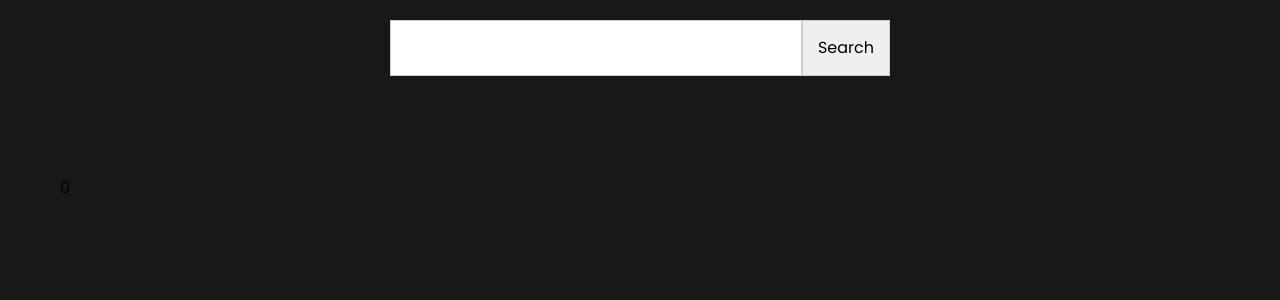
Repository: hoang0508/ReactJsDevWork
Page: /
An editor plug-in stored every save of this project. The page is shown before and after the next save, followed by the edit.
The browser window is 1280 px wide. The pictures show the whole page.
The project was rebuilt for these pictures with package versions that can differ from the ones it lists, and the page was loaded fresh each time.

Above is the page before, as saved 2022-02-13 14:49:18.

### src/index.scss
body {
  margin: 0;
  font-family: "Poppins", sans-serif;
  font-size: 16px;
  -webkit-font-smoothing: antialiased;
  -moz-osx-font-smoothing: grayscale;
}

code {
  font-family: source-code-pro, Menlo, Monaco, Consolas, "Courier New",
    monospace;
}

### src/App.js
import "./App.scss";
import YoutubeSearch from "./components/YTBSearch/YoutubeSearch";
// import Product from "./components/Product/Product";
// import Button from "./components/Button/Button";
// import Food from "./components/FoodApi/Food";

function App() {
  return (
    <>
      {/* <div>Hello</div> */}
      {/* <Food /> */}
      {/* <Button /> */}
      {/* <Product /> */}
      <YoutubeSearch />
    </>
  );
}

export default App;

### src/App.scss
@import url("https://fonts.googleapis.com/css2?family=Poppins:ital,wght@0,300;0,400;0,500;0,600;0,700;1,600&family=Red+Hat+Display:wght@300;400;500;600;700&display=swap");
*,
*::before,
*::after {
  box-sizing: border-box;
}
body,
h1,
h2,
h3,
h4,
h5,
h6,
p,
figure,
picture {
  margin: 0;
}
body {
  min-height: 100vh;
  line-height: 1.5;
}
input,
button,
select,
textarea {
  font: inherit;
}
img,
picture {
  display: block;
  max-width: 100%;
}
/* remove animation for people who've turned them off */
@media (prefers-reduced-motion: reduce) {
  *,
  *::before,
  *::after {
    animation-duration: 0.01ms !important;
    animation-iteration-count: 1 !important;
    transition-duration: 0.01ms !important;
    scroll-behavior: auto !important;
  }
}

// body {
//   background: #eb3349; /* fallback for old browsers */
//   background: -webkit-linear-gradient(
//     to right,
//     #f45c43,
//     #eb3349
//   ); /* Chrome 10-25, Safari 5.1-6 */
//   background: linear-gradient(
//     to right,
//     #f45c43,
//     #eb3349
//   ); /* W3C, IE 10+/ Edge, Firefox 16+, Chrome 26+, Opera 12+, Safari 7+ */
// }

body {
  background-color: #181818;
}

### src/components/YTBSearch/YoutubeSearch.js
import React, { useState } from "react";
import axios from "axios";
import "./YoutubeSearch.scss";
import moment from "moment";

const YoutubeSearch = () => {
  const [videos, setVideos] = useState([]);
  const [query, setQuery] = useState("");

  const handleChangeVideo = (e) => {
    setQuery(e.target.value);
  };

  const handleClickSearch = async (e) => {
    e.preventDefault();
    const res = await axios({
      method: "GET",
      url: "https://www.googleapis.com/youtube/v3/search",
      params: {
        part: "snippet",
        maxResults: "20",
        key: "AIzaSyCLeO_jhqC_ezvqrVxVFPFEEZ6fqrFP9Qw",
        type: "video",
        q: query,
      },
    });
    setVideos(res.data?.items);
    // console.log(res.data?.items);
  };
  return (
    <div className="youtube">
      <form action="#" className="youtube-form">
        <input
          type="text"
          value={query}
          onChange={(e) => handleChangeVideo(e)}
          className="youtube-search"
        />
        <button onClick={(e) => handleClickSearch(e)} className="youtube-btn">
          Search
        </button>
      </form>
      <div className="youtube-list">
        {videos &&
          videos.length &&
          videos.map((item, index) => (
            <div className="youtube-item" key={item.id.videoId}>
              <div className="youtube-video">
                <iframe
                  className="youtube-ifr"
                  src={`https://www.youtube.com/embed/${item.id.videoId}`}
                  title="YouTube video player"
                  frameBorder="0"
                  allow="accelerometer; autoplay; clipboard-write; encrypted-media; gyroscope; picture-in-picture"
                  allowFullScreen
                ></iframe>
              </div>
              <div className="youtube-content">
                <h3 className="youtube-title">{item.snippet.title}</h3>
                <div className="youtube-date">
                  {moment(item.publishedAt).format("DD-MM-YYYY hh:mm:ss A")}
                </div>
                <div className="youtube-author">
                  {item.snippet.channelTitle}
                </div>
                <div className="youtube-desc">{item.snippet.description}</div>
              </div>
            </div>
          ))}
      </div>
    </div>
  );
};

export default YoutubeSearch;

### src/components/YTBSearch/YoutubeSearch.scss
.youtube {
  padding: 20px;
  &-form {
    max-width: 500px;
    margin: 0 auto;
    display: flex;
    justify-content: center;
    align-items: center;
  }
  &-search {
    width: 100%;
    border: 1px solid #ccc;
    outline: none;
    padding: 15px;
    // border-radius: 10px;
    transition: all 0.25s linear;
  }
  &-search:focus {
    border-color: #2cccff;
  }
  &-btn {
    padding: 15px;
    border: 0;
    border: 1px solid #ccc;
    cursor: pointer;
    // border-radius: 10px;
  }
  &-list {
    margin-top: 100px;
    margin-left: 40px;
    margin-right: 40px;
  }
  &-item {
    display: flex;
    gap: 40px;
    margin-bottom: 40px;
  }
  &-video {
    width: 40%;
  }
  &-ifr {
    width: 100%;
    height: 300px;
  }
  &-content {
    width: 60%;
  }
  &-title {
    margin-bottom: 10px;
    font-size: 20px;
    color: #fff;
  }
  &-date {
    color: #ccc;
    margin-bottom: 15px;
  }
  &-author {
    font-weight: 600;
    margin-bottom: 15px;
    color: #fff;
  }
  &-desc {
    color: #ccc;
    font-size: 14px;
  }
}

### src/components/Form/Form.js
import React from "react";

const Form = () => {
  return (
    <form className="form">
      <div className="form-group">
        <label htmlFor="firstName" className="form-label">
          First name
        </label>
        <input
          className="form-input"
          type="text"
          name="firstName"
          id="firstName"
        />
      </div>
      <div className="form-group">
        <label htmlFor="lastName" className="form-label">
          Last name
        </label>
        <input
          className="form-input"
          type="text"
          name="lastName"
          id="lastName"
        />
      </div>
      <div className="form-group">
        <label htmlFor="email" className="form-label">
          Email address
        </label>
        <input className="form-input" type="email" name="email" id="email" />
      </div>
      <button className="form-btn">Submit</button>
    </form>
  );
};

export default Form;

Loaded but not shown: public/index.html (common file); src/index.js (common file); src/reportWebVitals.js (common file)

After the next save:
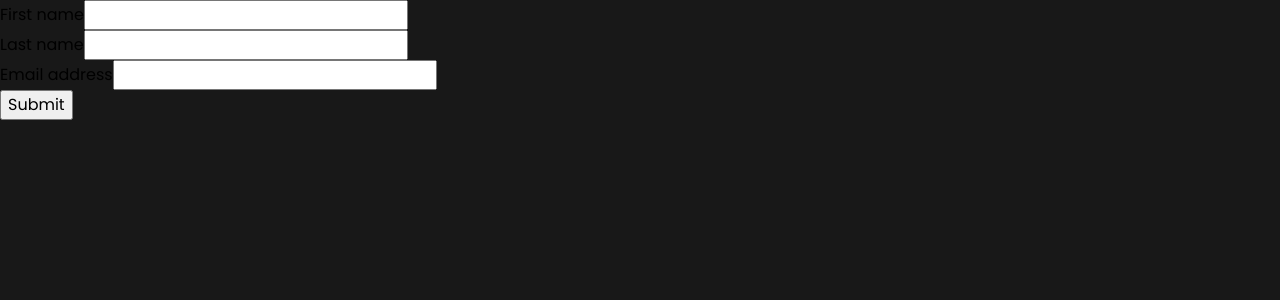
Saved 27 s later.
--- a/src/App.js
+++ b/src/App.js
@@ -1,5 +1,6 @@
 import "./App.scss";
-import YoutubeSearch from "./components/YTBSearch/YoutubeSearch";
+import Form from "./components/Form/Form";
+// import YoutubeSearch from "./components/YTBSearch/YoutubeSearch";
 // import Product from "./components/Product/Product";
 // import Button from "./components/Button/Button";
 // import Food from "./components/FoodApi/Food";
@@ -11,7 +12,8 @@ function App() {
       {/* <Food /> */}
       {/* <Button /> */}
       {/* <Product /> */}
-      <YoutubeSearch />
+      {/* <YoutubeSearch /> */}
+      <Form />
     </>
   );
 }
